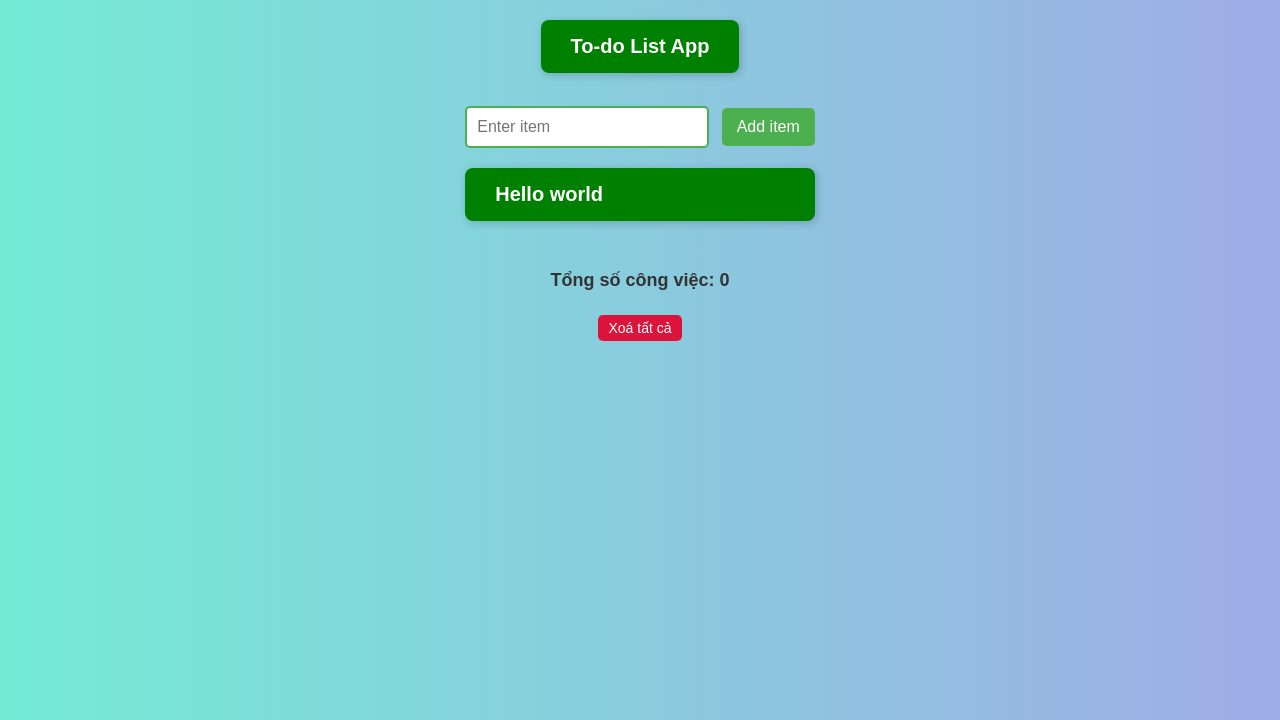
Repository: binhphanbp/WEB2064_JavaScript-Advanced_WD20305
Page: lesson4/lesson4.html
An editor plug-in stored every save of this project. The page is shown before and after the next save, followed by the edit.
The browser window is 1280 px wide. The pictures show the whole page.

Above is the page before, as saved 2025-09-24 12:31:39.

### lesson4/lesson4.html
<!DOCTYPE html>
<html lang="en">
  <head>
    <meta charset="UTF-8" />
    <meta name="viewport" content="width=device-width, initial-scale=1.0" />
    <title>Document</title>

    <style>
      body {
        font-family: Arial, sans-serif;
        background: linear-gradient(to right, #74ebd5, #9face6);
        margin: 0;
        padding: 0;
        display: flex;
        flex-direction: column;
        align-items: center;
        min-height: 100vh;
      }

      h1 {
        margin-top: 20px;
        font-size: 28px;
        background-color: #4caf50;
        color: white;
        padding: 15px 30px;
        border-radius: 8px;
        box-shadow: 2px 2px 8px rgba(0, 0, 0, 0.2);
      }

      #divTodo {
        margin: 20px 0;
      }

      #divTodo input {
        padding: 10px;
        font-size: 16px;
        border: 2px solid #4caf50;
        border-radius: 5px;
        outline: none;
        width: 220px;
        transition: 0.3s;
      }

      #divTodo input:focus {
        border-color: #2e7d32;
        box-shadow: 0 0 6px rgba(46, 125, 50, 0.5);
      }

      #divTodo button {
        padding: 10px 15px;
        margin-left: 8px;
        font-size: 16px;
        color: white;
        background-color: #4caf50;
        border: none;
        border-radius: 5px;
        cursor: pointer;
        transition: 0.3s;
      }

      #divTodo button:hover {
        background-color: #2e7d32;
      }

      #ulTag {
        list-style-type: none;
        padding: 0;
        margin: 0;
        width: 300px;
      }

      #ulTag li {
        background-color: #fff;
        margin: 8px 0;
        padding: 10px 15px;
        border-radius: 5px;
        display: flex;
        justify-content: space-between;
        align-items: center;
        box-shadow: 2px 2px 5px rgba(0, 0, 0, 0.1);
        cursor: pointer;
        transition: 0.3s;
      }

      #ulTag li:hover {
        background-color: #f1f1f1;
      }

      #ulTag li.completed {
        text-decoration: line-through;
        color: gray;
        background-color: #e0e0e0;
      }

      #ulTag li button {
        background-color: crimson;
        border: none;
        color: white;
        padding: 5px 10px;
        font-size: 14px;
        border-radius: 5px;
        cursor: pointer;
        transition: 0.3s;
      }

      button.delete {
        background-color: crimson;
        border: none;
        color: white;
        padding: 5px 10px;
        font-size: 14px;
        border-radius: 5px;
        cursor: pointer;
        transition: 0.3s;
      }

      #ulTag li button:hover {
        background-color: darkred;
      }

      h4 {
        margin-top: 15px;
        font-size: 18px;
        color: #333;
      }
    </style>
  </head>
  <body>
    <h1 id="h1Tag">To-do List App</h1>
    <div id="divTodo"></div>
    <ul id="ulTag"></ul>

    <script>
      const h1Tag = document.getElementById('h1Tag');
      const divTodo = document.getElementById('divTodo');
      const ulTag = document.getElementById('ulTag');

      // 1. Sử dụng style
      h1Tag.style = 'background-color: green; color: white';
      h1Tag.style.fontSize = '20px';

      // 2. Sử dụng với className
      h1Tag.className = 'styleH1';

      // 3. Sử dụng classList
      h1Tag.classList.add('anotherStyleH1');
      h1Tag.classList.remove('anotherStyleH1');

      // 4. Thêm một phần tử mới bằng createElement
      // const liTag = document.createElement('li');
      // liTag.innerText = 'Learn JavaScript Advanced';
      // ulTag.appendChild(liTag);

      // 5. Thêm phần tử bằng HTML
      divTodo.innerHTML = `
        <input type="text" placeholder="Enter item">
        <button id = 'btnAdd' type="submit">Add item</button>
      `;

      // Chọn phần tử input, button. Bấm nút thêm thì lấy giá trị trong input
      const inputTag = document.querySelector('input');
      const btnAdd = document.querySelector('#btnAdd');

      btnAdd.addEventListener('click', () => {
        const liTag = document.createElement('li');
        const btnDelete = document.createElement('button');
        const inputValue = inputTag.value;
        liTag.innerText = inputValue;
        liTag.addEventListener('click', () => {
          liTag.classList.toggle('completed');
        });

        // insertAdjacentElement
        ulTag.insertAdjacentElement('beforeend', liTag);

        inputTag.value = '';

        updateTaskCount();
      });

      // 6. Chèn phần tử bằng after
      const h4Tag = document.createElement('h4');
      const updateTaskCount = () => {
        const totalTasks = document.querySelectorAll('li').length;

        h4Tag.innerText = `Tổng số công việc: ${totalTasks}`;
        ulTag.after(h4Tag);
      };
      updateTaskCount();

      // 7. Xoá phần tử bằng remove hoặc innerHTML = ''
      const btnDelAlt = document.createElement('button');
      btnDelAlt.className = 'delete';
      btnDelAlt.innerText = 'Xoá tất cả';
      btnDelAlt.addEventListener('click', () => {
        ulTag.innerHTML = '';
        // ulTag.remove();
        updateTaskCount();
      });
      h4Tag.after(btnDelAlt);

      // 8. Sao chép phần tử
      const cloneH1Tag = h1Tag.cloneNode(true);
      cloneH1Tag.innerText = 'Hello world';
      divTodo.appendChild(cloneH1Tag);
    </script>
  </body>
</html>

After the next save:
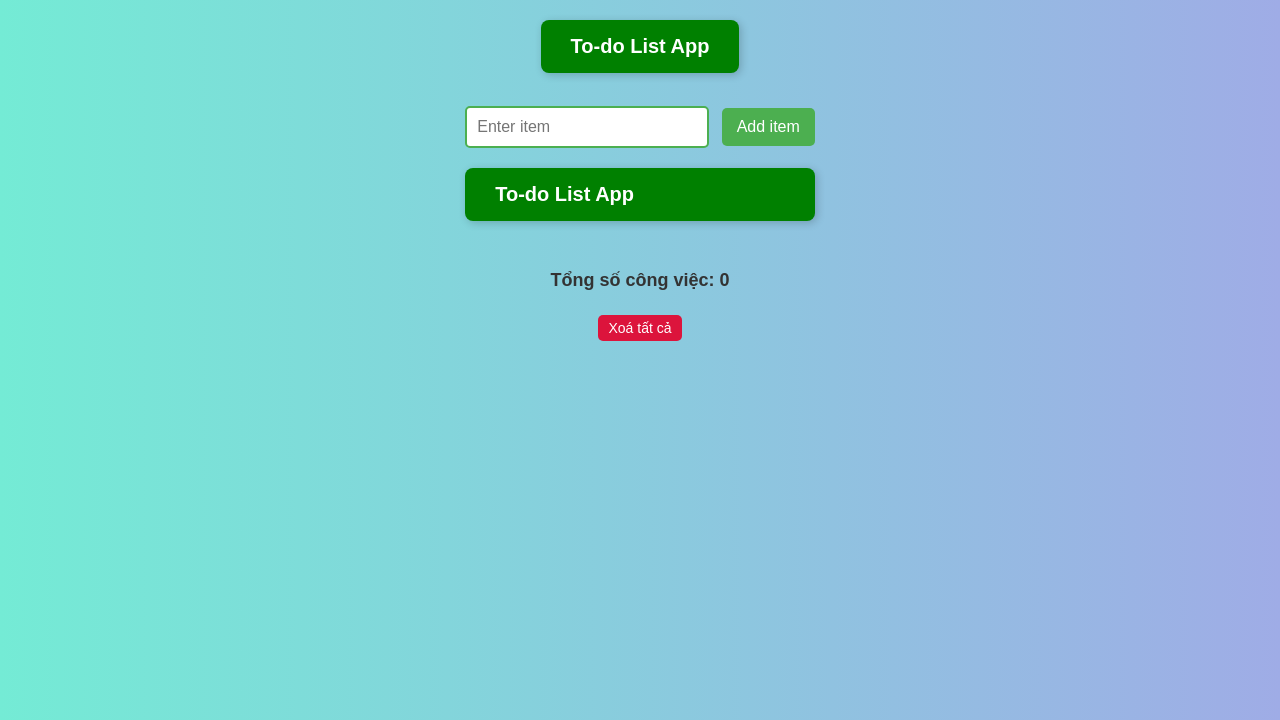
Saved 12 s later.
--- a/lesson4/lesson4.html
+++ b/lesson4/lesson4.html
@@ -201,7 +201,6 @@
 
       // 8. Sao chép phần tử
       const cloneH1Tag = h1Tag.cloneNode(true);
-      cloneH1Tag.innerText = 'Hello world';
       divTodo.appendChild(cloneH1Tag);
     </script>
   </body>
